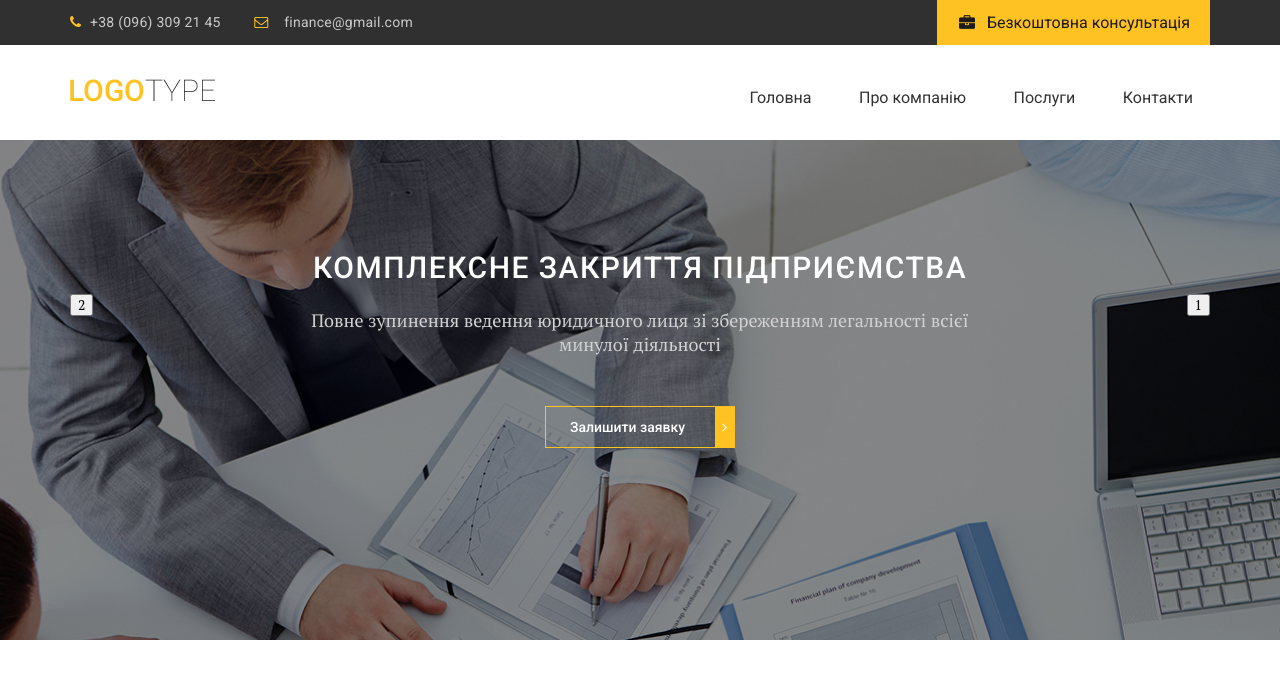
Repository: oliachipko/companysait
Page: index.html
An editor plug-in stored every save of this project. The page is shown before and after the next save, followed by the edit.
The browser window is 1280 px wide. The pictures show the whole page.

Above is the page before, as saved 2020-11-17 20:34:23.

### index.html
<!DOCTYPE html>
<html lang="en">
  <head>
    <meta charset="UTF-8" />
    <meta name="viewport" content="width=device-width, initial-scale=1.0" />
    <title>Document</title>
    <link rel="preconnect" href="https://fonts.gstatic.com" />
    <link
      href="https://fonts.googleapis.com/css2?family=PT+Serif:wght@400;700&family=Roboto:wght@400;500;700&display=swap"
      rel="stylesheet"/>
    <link rel="stylesheet" href="css/normalize.css" />
    <link rel="stylesheet" href="css/fonts.css">
    <link rel="stylesheet" href="css/jquery.fancybox.min.css">
    <link rel="stylesheet" href="css/slick.css">
    <link rel="stylesheet" href="css/style.css" />
  </head>
  <body>
    <header class="header">
      <div class="header__top">
        <div class="container">
          <div class="header__contacts">
            <a class="header__phone" href="tel:380963092145">+38 (096) 309 21 45</a>
            <a class="header__email" href="#">finance@gmail.com</a>
            <a data-fancybox data-src="#modal" href="javascript:;" href="#" class="header__btn">Безкоштовна консультація</a>
          </div>
        </div>
      </div>
      <div class="header__content">
        <div class="container">
          <div class="header__content-inner">
            <div class="header__logo">
              <a href="#">
                <img src="img/logo.png" alt="" />
              </a>
            </div>
            <nav class="menu">
              <ul>
                <li><a href="#">Головна</a></li>
                <li><a href="#">Про компанію</a></li>
                <li><a href="#">Послуги</a></li>
                <li><a href="#">Контакти</a></li>
              </ul>
            </nav>
          </div>
        </div>
      </div>
    </header>
    <section class="slider">
      <div class="container">
        <div class="slider__inner">
          <div class="slider__item">
            <div class="slider__item-content">
            <div class="slider__title">
              КОМПЛЕКСНЕ ЗАКРИТТЯ ПІДПРИЄМСТВА
            </div>
            <div class="slider__text">
              Повне зупинення ведення юридичного лиця
               зі збереженням легальності всієї минулої діяльності
            </div>
            <a data-fancybox data-src="#modal" href="javascript:;" class="slider__btn default-btn">
              Залишити заявку
            </a>
          </div>
        </div>

        <div class="slider__item">
          <div class="slider__item-content">
          <div class="slider__title">
            КОМПЛЕКСНЕ ЗАКРИТТЯ ПІДПРИЄМСТВА
          </div>
          <div class="slider__text">
            Повне зупинення ведення юридичного лиця
             зі збереженням легальності всієї минулої діяльності
          </div>
            <a data-fancybox data-src="#modal" href="javascript:;" class="slider__btn default-btn">
            Залишити заявку
            </a>
        </div>
      </div>

      <div class="slider__item">
        <div class="slider__item-content">
        <div class="slider__title">
          КОМПЛЕКСНЕ ЗАКРИТТЯ ПІДПРИЄМСТВА
        </div>
        <div class="slider__text">
          Повне зупинення ведення юридичного лиця
           зі збереженням легальності всієї минулої діяльності
        </div>
        <a data-fancybox data-src="#modal" href="javascript:;" class="slider__btn default-btn">
          Залишити заявку
        </a>
      </div>
    </div>


        </div>
      </div>
    </section>

    <div  id="modal">
      <h2>Hello!</h2>
      <p>You are awesome!</p>
    </div>


    <script src="https://ajax.googleapis.com/ajax/libs/jquery/3.5.1/jquery.min.js"></script>
    <script src="js/jquery.fancybox.min.js"></script>
    <script src="js/slick.min.js"></script>
    <script src="js/main.js"></script>
  </body>
</html>

### css/fonts.css
@font-face {
  font-family: 'icomoon';
  src:  url('../fonts/icomoon.eot?nqt5zc');
  src:  url('../fonts/icomoon.eot?nqt5zc#iefix') format('embedded-opentype'),
    url('../fonts/icomoon.ttf?nqt5zc') format('truetype'),
    url('../fonts/icomoon.woff?nqt5zc') format('woff'),
    url('../fonts/icomoon.svg?nqt5zc#icomoon') format('svg');
  font-weight: normal;
  font-style: normal;
  font-display: block;
}

[class^="icon-"], [class*=" icon-"] {
  /* use !important to prevent issues with browser extensions that change fonts */
  font-family: 'icomoon' !important;
  speak: never;
  font-style: normal;
  font-weight: normal;
  font-variant: normal;
  text-transform: none;
  line-height: 1;

  /* Better Font Rendering =========== */
  -webkit-font-smoothing: antialiased;
  -moz-osx-font-smoothing: grayscale;
}

.icon-envelope-o:before {
  content: "\f003";
}
.icon-check:before {
  content: "\f00c";
}
.icon-map-marker:before {
  content: "\f041";
}
.icon-phone:before {
  content: "\f095";
}
.icon-briefcase:before {
  content: "\f0b1";
}
.icon-bars:before {
  content: "\f0c9";
}
.icon-navicon:before {
  content: "\f0c9";
}
.icon-reorder:before {
  content: "\f0c9";
}
.icon-angle-left:before {
  content: "\f104";
}
.icon-angle-right:before {
  content: "\f105";
}
.icon-quote-left:before {
  content: "\f10d";
}
.icon-quote-right:before {
  content: "\f10e";
}
.icon-ellipsis-v:before {
  content: "\f142";
}

### css/style.css
* {
    box-sizing: border-box;
}

a{
    text-decoration: none;
    display: inline-block;
}

ul,
li{
    list-style: none;
    margin: 0;
    padding: 0;
}
.container{
    max-width: 1170px;
    margin: 0 auto;
    padding: 0 15px;
}

body{
    font-family: 'PT Serif', serif;
    /*font-family: 'Roboto', sans-serif;*/
    font-weight: 400px;
    font-size: 14px;
    line-height: 18px;
    color: #5e5e5e;

}
header {
    font-family: 'Roboto', sans-serif;
}
.header__top{
   background-color: #303030;
}
.header__btn {
    float: right;
    line-height: 36px;
    color: #1b1b1b;
    background-color: #ffc222;
    padding: 5px 20px 4px 50px;
    font-size: 16px;
    position: relative;
}
.header__btn:before {
    content: "\f0b1";
    font-family: 'icomoon';
    position: absolute;
    left: 22px;
    color: #1b1b1b;
}
.header__contacts:after {
    content: "";
    clear: both;
    display: block;
}
.header__phone,
.header__email {
    color:#cbcacb;
    letter-spacing: 0.25px;
    line-height: 45px;
    position: relative;
}
.header__phone {
    padding-left: 20px;
    padding-right: 30px;
}
.header__phone:before {
    content: "\f095";
    font-family: 'icomoon';
    position: absolute;
    left: 0;
    color: #ffc222;
}
.header__email{
    padding-left: 30px;
}
.header__email:before {
    content: "\f003";
    font-family: 'icomoon';
    position: absolute;
    left: 0;
    color: #ffc222;
}
.header__content {
    padding: 34px 0px 23px;
}
.header__content-inner{
    display: flex;
    justify-content: space-between;
}
.menu li {
    display: inline-block;
}
.menu a{
    color: #323232;
    font-size: 16px;
    line-height: 36px;
    border: 1px solid transparent;
    padding: 0px 16px;
    transition: all .3s;
}
.menu a:hover {
    border-color: #ffc222;
}
.menu li + li{
    padding-left: 10px;
}
#modal {
    display: none;"
}
.slider{
    background-image: url(../img/slider-fon.jpg);
    background-repeat: no-repeat;
    background-size: cover;
    background-position: center;
    min-height: 500px;
}
.slider__item-content{
    text-align: center;
    padding-top: 110px;
    max-width: 665px;
    margin: 0 auto;
}
.slider__title{
    text-transform: uppercase;
    font-size: 30px;
    line-height: 36px;
    color: white;
    font-weight: 500;
    letter-spacing: 1.5px;
    margin-bottom: 22px;
    font-family: 'Roboto', sans-serif;
}
.slider__text{
    line-height: 24px;
    font-size: 18px;
    color: #d3d2d2;
    margin-bottom: 50px;
}

.default-btn {
    display: inline-block;
    color: white;
    font-size: 14px;
    line-height: 24px;
    font-weight: 500;
    font-family: 'Roboto', sans-serif;
    padding: 8px 30px 8px 24px;
    border: 1px solid #ffc222;
    border-right-width: 20px;
    position: relative;
}
.default-btn:after {
    content: "\f105";
    font-family: 'icomoon';
    position: absolute;
    top: 50%;
    transform: translateY(-50%);
    right: -12px;
}


.slider__inner {
    position: relative;
}
.slick-btn {
    position: absolute;
    top: 50%;
}
.slick-next{
    right: 0;
}
.slick-prev{
    left: 0;
}

### js/main.js
$(function(){

$('.slider__inner').slick({
    nextArrow: '<button type="button" class="slick-btn slick-next">1</button>',
    prevArrow: '<button type="button" class="slick-btn slick-prev">2</button>',
});


});

Loaded but not shown: css/normalize.css (library); css/jquery.fancybox.min.css (library); css/slick.css (common file); js/jquery.fancybox.min.js (library); js/slick.min.js (library)

After the next save:
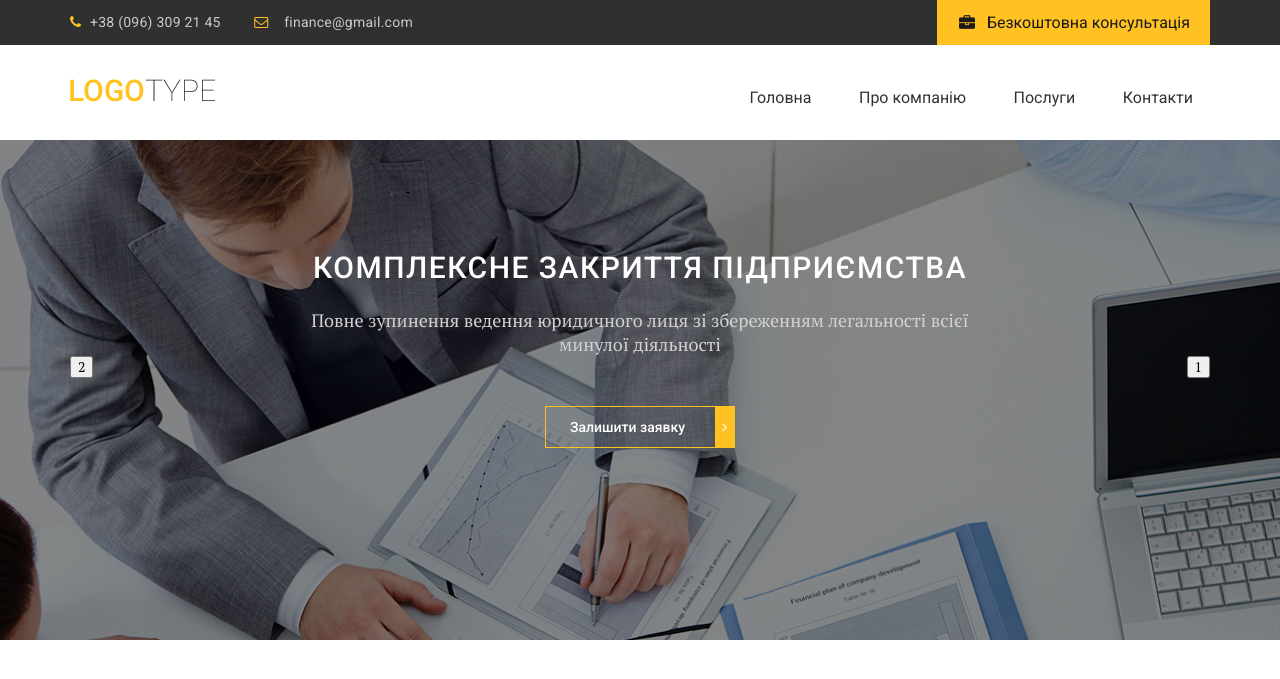
Saved 45 s later.
--- a/css/style.css
+++ b/css/style.css
@@ -167,7 +167,7 @@ header {
 }
 .slick-btn {
     position: absolute;
-    top: 50%;
+    top: 70%;
 }
 .slick-next{
     right: 0;
